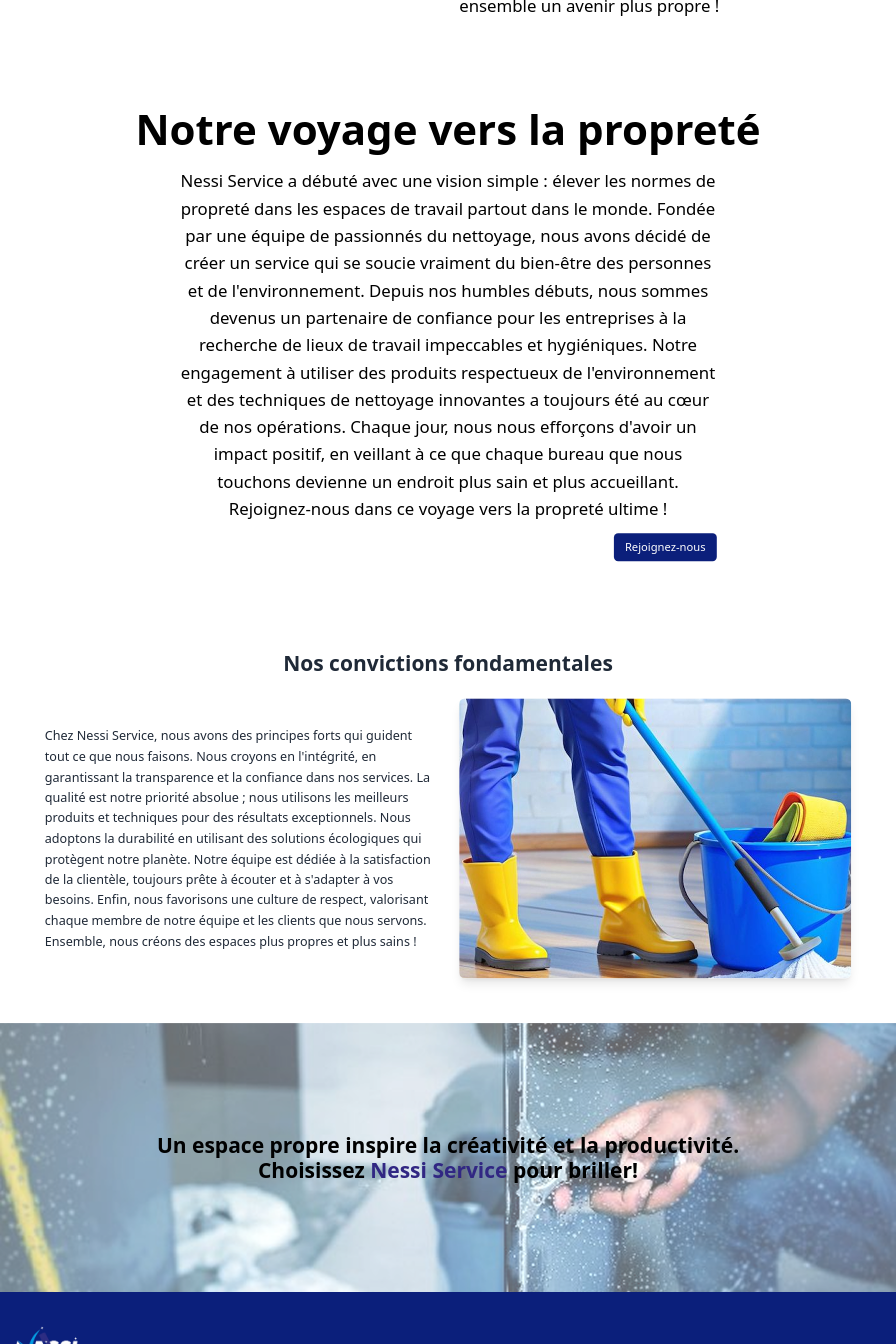
Repository: MDiouf9/Nessi
Page: /About
These files come from the project's save history. The page is drawn as it stood at one moment and after a run of saves; the edit follows.
The browser window is 1280 px wide. The pictures show the part of the page from y = 1314 to 3234 px (the page is 3616 px tall before and 3938 px after), at 70% of full size.
The project was rebuilt for these pictures with package versions that can differ from the ones it lists, and the page was loaded fresh each time. Also part of the build but not shown: vite.config.js, src/Global.css, src/App.css, src/Pages/Home.jsx, src/Pages/NotFound.jsx, src/components/Countries.jsx, src/Pages/Services.jsx, src/Pages/Contact.jsx.

Above is the page before, as saved 2025-03-10 18:49:39.

After the next 2 saves:
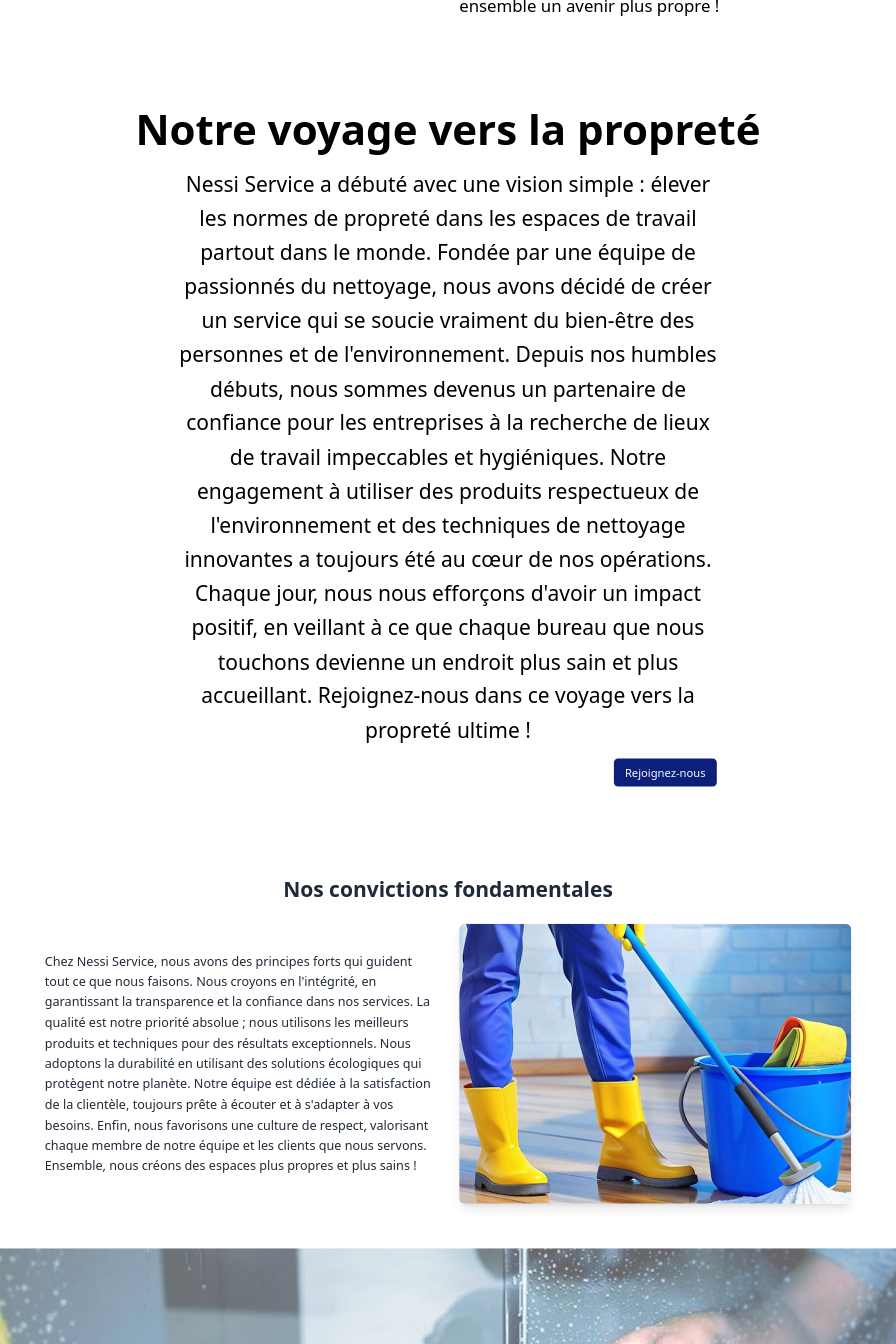
The 2 saves are shown as one change because they came seconds apart.
The last was saved 23 s later.
--- a/src/components/SectionTexte.jsx
+++ b/src/components/SectionTexte.jsx
@@ -7,7 +7,7 @@ const OurJourneySection = () => {
 
           {/* Texte + bouton aligné à gauche */}
           <div className="max-w-3xl mx-auto text-right">
-            <p className="text-2xl text-center leading-relaxed">
+            <p className="text-3xl text-center leading-relaxed">
             Nessi Service a débuté avec une vision simple : élever les normes de propreté dans les espaces de travail partout dans le monde. Fondée par une équipe de passionnés du nettoyage, nous avons décidé de créer un service qui se soucie vraiment du bien-être des personnes et de l'environnement. Depuis nos humbles débuts, nous sommes devenus un partenaire de confiance pour les entreprises à la recherche de lieux de travail impeccables et hygiéniques. Notre engagement à utiliser des produits respectueux de l'environnement et des techniques de nettoyage innovantes a toujours été au cœur de nos opérations. Chaque jour, nous nous efforçons d'avoir un impact positif, en veillant à ce que chaque bureau que nous touchons devienne un endroit plus sain et plus accueillant. Rejoignez-nous dans ce voyage vers la propreté ultime !
             </p>
 
